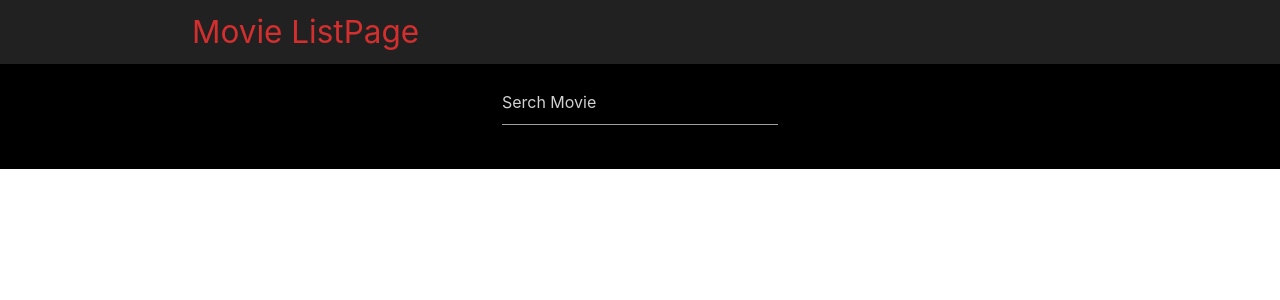
Repository: Reiya-1003/React-Ts-Node-App
Page: /
These files come from the project's save history. The page is drawn as it stood at one moment and after the next save; the edit follows.
The browser window is 1280 px wide. The pictures show the whole page.
The page's requests for data from a server got no answer. The project was rebuilt for these pictures with package versions that can differ from the ones it lists, and the page was loaded fresh each time. A package was used in the major version that the imports need, not the one package.json lists. No one was signed in, and anything a server would have sent is missing. Also part of the build but not shown: src/Styles.module.css, src/components/Detail.tsx.

Above is the page before, as saved 2021-11-18 11:27:28.

After the next save:
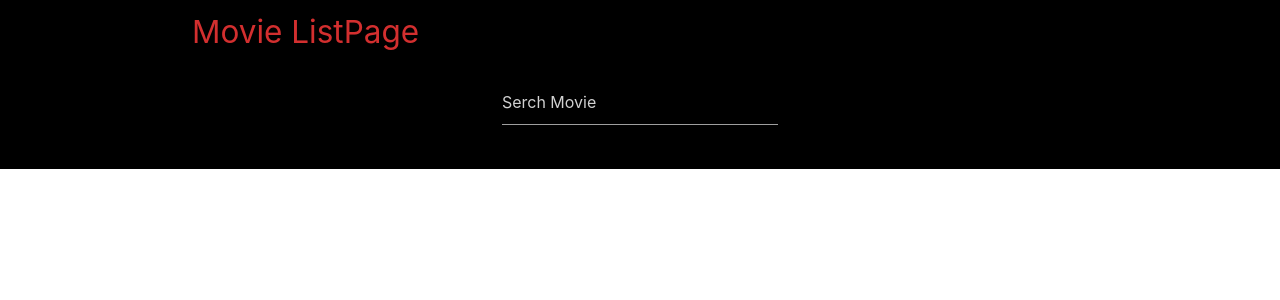
Saved 54 s later.
--- a/src/components/Nav.tsx
+++ b/src/components/Nav.tsx
@@ -2,7 +2,7 @@ import React from "react";
 
 const Nav = () => {
   return (
-    <nav className="grey darken-4">
+    <nav className="black">
       <div className=".nav-wrapper container">
         <a href="" className="brand-logo ">
           <div className="red-text text-darken-2">Movie ListPage</div>
